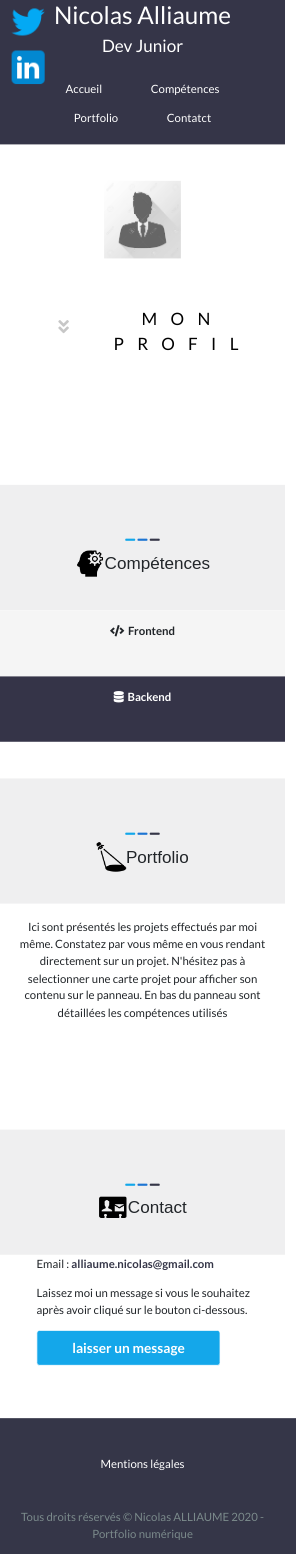
Repository: Nicolas-al/alliaumen
Page: templates/main/index.html.twig
These files come from the project's save history. The page is drawn as it stood at one moment and after the next save; the edit follows.
The browser window is 375 px wide. The page is 390 px wide, so the pictures cover 390 px, including what lies to the right of the window. The pictures show the whole page, at 76% of full size.
Some web fonts or font styles are not loaded; a fallback is used. Some web libraries are served in a nearby version. The page is a Twig template of a Symfony application; nobody is signed in and links lead nowhere. Other server files are loaded and not shown. The template is opened directly, without the code that normally fills it, so the values that code supplies are empty.

Above is the page before, as saved 2020-09-15 16:01:23.

### templates/main/index.html.twig
{% extends 'base.html.twig' %}


{% block body %}
    <div class="wrapper">
        <nav id="sidebar">
        {% include 'main/aside.html.twig' %}
        </nav>
        <div class="content">

            <div class="col-lg-12 mt-5" id="header">
                    <div class="row">
                        <div class="col-lg-3 col-sm-3 offset-md-1" id="block_photo">
                            <img src="{{ asset('images/29273464-photo-de-profil-avatar.jpg') }}" alt="image de profil" style="width : inherit">
                        </div>
                        <div class="col-lg-8 col-sm-8" id="block_profil">
                            <div class="text-center d-flex" id="profil">
                                <div class="block-down">
                                    <i class="fas fa-angle-double-down double-down"></i>
                                </div>
                                <div class="from-center">Mon profil</div>
                            </div>
                            <ul class="list-group list-group-flush" id="profil_panel">
                                <li class="list-group-item">Diplôme : Master Sociologie Rennes 2</li>
                                <li class="list-group-item list-group-item-secondary">Age : 29</li>
                                <li class="list-group-item">Formation Web : Openclassroom</li>
                                <li class="list-group-item list-group-item-secondary">Intitulé : Developpeur Web Junior</li>
                                <li class="list-group-item">Parcours : Virage à 180, non pas par dégoût bien au contraire, j'ai acquis des connaisances importantes. J'ai découvert ce domaine et voyez la suite de ce site par vous même. </li>
                            </ul>
                        </div>
                    </div>
            </div>
            <div id="block_competences">
                    <div class="block_title">
                        <div class="title_elmt">
                            <div class="minus_block">
                                <i class="fas fa-minus minus_one"></i>
                                <i class="fas fa-minus minus_two"></i>
                                <i class="fas fa-minus minus_three"></i>
                            </div>
                            <div class="title">
                                <img src="{{ asset('images/icons/icon-skills.png') }}" alt="icon d'une tête d'humain" class="" />
                                <h4>Compétences</h4>
                            </div>
                        </div>
                    </div>

                    <div id="skills">
                        <div class="h-50" id="front">
                            <div class="skills col-lg-12">
                                <div class="row h-100">
                                    <div class="col-lg-12 d-flex mt-2 justify-content-center skills-title">
                                        <i class="fas fa-code"></i>
                                        <p class="align-title"><strong>Frontend</strong></p>
                                    </div>
                                    <div class="col-lg-12 mt-2" id="text_black">
                                        <div class="row text-center">
                                        {% for skill in skills %}
                                            {% if skill.type == "Frontend" %}
                                                <div class="col-lg-4 col-sm-4 logo-skills">
                                                {% if skill.logo %}
                                                    <img src="{{ vich_uploader_asset( skill, 'logoFile') | imagine_filter('small_thumb')}}" alt="">
                                                {% endif %}
                                                    <p> {{ skill.name }} </p>
                                                </div>
                                            {% endif %}
                                        {% endfor %}
                                        </div>
                                    </div>
                                </div>
                            </div>
                        </div>
                        <div class="h-50" id="back">
                            <div class="skills col-lg-12">
                                <div class="row h-100">
                                    <div class="col-lg-12 d-flex justify-content-center mt-2 skills-title">
                                        <i class="fas fa-database text-white"></i>
                                        <p class="align-title text-white"><strong>Backend</strong></p>
                                    </div>
                                    <div class="col-lg-12 mt-2 text-white" id="text_white">
                                        <div class="row text-center">
                                            {% for skill in skills %}
                                                {% if skill.type == "Backend" %}
                                                    <div class="col-lg-4 col-sm-4 logo-skills" >
                                                    {% if skill.logo %}
                                                        <img src="{{ vich_uploader_asset( skill, 'logoFile') | imagine_filter('small_thumb')}}" alt="">
                                                    {% endif %}
                                                        <p> {{ skill.name }} </p>
                                                    </div>
                                                {% endif %}
                                            {% endfor %}
                                        </div>
                                    </div>
                                </div>
                            </div>
                        </div>
                    </div>
            </div>
            <div class="mt-5" id="block_portfolio">

                <div class="col-lg-12 block_title mb-3">
                    <div class="title_elmt">
                        <div class="minus_block">
                            <i class="fas fa-minus minus_one"></i>
                            <i class="fas fa-minus minus_two"></i>
                            <i class="fas fa-minus minus_three"></i>
                        </div>
                        <div class="title">
                            <img src="{{ asset('images/icons/icon-portfolio.png') }}" alt="lampe qui éclair" class="" />
                            <h4>Portfolio</h4>
                        </div>
                    </div>
                </div>
                <div class="offset-lg-1 col-lg-10 offset-sm-1 col-sm-10" id="para_portfolio">
                    <p> Ici sont présentés les projets effectués par moi même. Constatez par vous même en vous rendant directement sur un projet. N'hésitez pas à selectionner une carte projet pour afficher son contenu sur le panneau. En bas du panneau sont détaillées les compétences utilisés</p>
                </div>
                <div class="d-flex m-auto block_slides">

                    {% for project in portfolio %}

                    <div class="panel_project">
                        <div class="description_project">
                            <div class="">
                                <div class="col-lg-12">
                                    <h4>{{ project.title }}</h4>
                                </div>
                                <div class="col-lg-12">
                                    <p> {{ project.description }}</p>
                                </div>
                            </div>
                        </div>
                        <div class="project">
                            <img src="{{ vich_uploader_asset(project, 'imageFile') | imagine_filter('slider_thumb')}}" alt="image projet">
                        </div>
                        <div class="skills_project">
                            <div class="row">
                                <div class="col-lg-12">
                                    <p> <span>Compétences utilisées :</span> {{ project.skills }}</p>
                                </div>
                            </div>
                        </div>
                        <div class="project_link">
                                <a href="{{ path('portfolio', {'id' : project.id})  }}" class="text-white"> voir la page projet </a>
                        </div>
                    </div>

                    {% endfor %}
                </div>

                <div class="col-lg-12" id="block_project_card">
                    <div class="row" id="projects_cards">

                        {% for project in portfolio %}

                        <div class="project_card">
                            <div class="project_content">
                                <h6> {{ project.title }} </h6>
                                <img src="{{ vich_uploader_asset( project, 'imageFile') | imagine_filter('medium_thumb')}}" alt="">
                                <p> {{ project.description }} </p>
                                <p> {{ project.skills }} </p>
                            </div>
                        </div>

                        {% endfor %}

                    </div>
                </div>
            </div>
            <div id="block_contact">
                <div class="col-lg-12 block_title">
                    <div class="title_elmt">
                        <div class="minus_block">
                            <i class="fas fa-minus minus_one"></i>
                            <i class="fas fa-minus minus_two"></i>
                            <i class="fas fa-minus minus_three"></i>
                        </div>
                        <div class="title">
                            <img src="{{ asset('images/icons/icon-contact-de-messagerie.png') }}" alt="icon d'une tête d'humain" class="" />
                            <h4>Contact</h4>
                        </div>
                    </div>
                </div>
                <div class="col-lg-12 pl-5">

                    <address>
                        <p class="d-inline"> Email : </p>
                        <a href="mailto:alliaume.nicolas@gmail.com">alliaume.nicolas@gmail.com</a><br>
                    </address>
                </div>
                <p class="col-lg-12 pl-5">
                    Laissez moi un message si vous le souhaitez après avoir cliqué sur le bouton ci-dessous.
                </p>
                <div class="col-lg-12 pl-5">
                    <button class="button" id="form_button">
                        <a href="#contact_form" id="form_link" class="font-weight-bold text-white">
                        laisser un message</a>
                    </button>
                </div>
            </div>
            {% include 'contact/index.html.twig' %}
            {% include 'main/footer.html.twig' %}
            </div>
        </div>
    </div>
{% endblock %}


{% block footer %}

{% endblock %}

### templates/base.html.twig
<!DOCTYPE html>
<html>
    <head>
        <lang="fr">
        <meta charset="UTF-8">
        <meta name="viewport" content="width=device-width, initial-scale=1">

        <title>{% block title %}Projet5!{% endblock %}</title>
        {% block stylesheets %}
        <link type="text/css" rel="stylesheet" href="{{ asset('/css/style.css') }}" />
        <link type="text/css" rel="stylesheet" href="{{ asset('/css/project.css') }}" />
        <link rel="stylesheet" href="https://bootswatch.com/4/flatly/bootstrap.min.css">
        <link rel="stylesheet" href="https://cdnjs.cloudflare.com/ajax/libs/font-awesome/5.9.0/css/all.css">
        <link href="https://fonts.googleapis.com/css2?family=Oswald&family=Philosopher&family=Roboto&family=Crete+Round&family=Dosis:wght@600&family=Merienda:wght@700&display=swap" rel="stylesheet">
        <script src="https://code.jquery.com/jquery-3.5.1.min.js" integrity="sha256-9/aliU8dGd2tb6OSsuzixeV4y/faTqgFtohetphbbj0=" crossorigin="anonymous"></script>
        <script src="{{ asset('js/accueil/profil.js') }}"></script>
        <script src="{{ asset('js/accueil/skills.js') }}"></script>
        <script src="{{ asset('js/accueil/slider.js') }}"></script>
        <script src="{{ asset('js/accueil/contact.js') }}"></script>

        {% endblock %}
    </head>
    <body>

            {# {% block aside %}{% endblock %} #}
            {% block body %}{% endblock %}
            {% block javascripts %}{% endblock %}
            <footer>
            {% block footer %}{% endblock %}
            </footer>
            <script src="{{ asset('js/portfolio/deleteCom.js') }}"></script>
            <script src="{{ asset('js/portfolio/banIp.js') }}"></script>
    </body>
</html>

### templates/main/aside.html.twig

    {% block sidebar %}
            <div class="sidebar-header">
                <h3 class="text-center">Nicolas Alliaume</h3>
                <h4 class="text-center">Dev Junior</h4>
            </div>
            <div class="navbar navbar-expand text-center">
                <ul class="nav" style="width: -webkit-fill-available">
                    <li class="nav-item active"><a href="/#" class="nav-link text-white">Accueil</a></li>
                    <li class="nav-item"><a href="/#block_competences" class="nav-link text-white">Compétences</a></li>
                    <li class="nav-item"><a href="/#block_portfolio" class="nav-link text-white">Portfolio</a></li>
                    <li class="nav-item"><a href="/#block_contact" class="nav-link text-white">Contatct</a></li>
                </ul>
            </div>
            <div class="block_network">
                <h6>RESEAUX SOCIAUX</h6>
                <div class="d-flex justify-content-center">
                    <img class="" src="{{ asset('images/icons/icon-twitter.png') }}" alt="icon de twitter">
                    <img src="{{ asset('images/icons/icon-linkedin.png') }}" alt="icon de linkedin">
                </div>
            </div>
    {% endblock %}

### templates/contact/index.html.twig

<div class="modal_contact">
    <div class="row" id="contact_form">
        <div class="col-lg-4 offset-lg-4 text-center">
            <h1>
            Contact
            </h1>
        </div>
    </div>
    <div class="container">
        <div class="row">
            <div class="col-lg-6 mx-auto" id="contact_block">
                    <div class="form-group">
                        <label for="name">Nom</label>
                        <input type="text" class="form-control" name="name" id="name">
                        <small id="emailHelp" class="form-text text-muted"></small>
                    </div>
                    <div class="form-group">
                        <label for="firstname">Prénom</label>
                        <input type="text" class="form-control" id="firstname">
                    </div>
                    <div class="form-group">
                        <label for="mail">Email</label>
                        <input type="mail" class="form-control" id="mail">
                    </div>
                    <div class="form-group">
                        <label for="message">Message</label>
                        <textarea type="textarea" class="form-control" rows="10" id="message"></textarea>
                    </div>

                    <a class="button font-weight-bold text-white" id="button_form" href="#contact_form">Envoyer</a>
                    <p id="errors_form"></p>
            </div>
        </div>
    </div>
</div>

### templates/main/footer.html.twig
  {% block footer %}
                <footer class="row">
                    <div class="col-lg-12 mb-5 mt-5 text-center">
                        <a href="{{ path("mentions") }}" class="text-white">Mentions légales</a>
                    </div>
                    <div class="col-lg-12 text-dark copyright">
                            <p class="text-center">Tous droits réservés © Nicolas ALLIAUME 2020 - Portfolio numérique</p>

                    </div>
                </footer>
{% endblock %}

### public/css/style.css
body{
    overflow-x: hidden;
}

.wrapper {
    display: flex;
    width: 100%;
    align-items: stretch;
}

#sidebar{
    background : #353548;
    max-width: 200px;
    min-width: 200px;
}
#header{
    height: 400px;
}
#block_competences{
    height: 500px;
    margin-left: 0;
    margin-right: 0;
}
#block_portfolio{
    height: 1400px;
}
#block_contact{
    margin-top: 20px;
    height: 380px;
}
footer{
    background: #353648
}
.button{
    background: #14a7ea;
    border: 1px solid white;
    padding: 9px 46px;
    border-radius: 4px;
}
.button a{
    font-size: 1.2em;
}
.button a:hover{
    text-decoration: none;
}

/* sections block titre */

.block_title{
    height: 165px;
    background: #35334814;
    width: 100%;
}
.title_elmt{
    display: flex;
    flex-direction: column;
}
.minus_block{
    text-align: center;
    margin-top: 61px;
}
.minus_one{
    color: #11a7ea
}
.minus_two{
    color: #1d75d2;
}
.minus_three{
    color: #353648;
}
.title{
    display: flex;
    margin-left: -15px;
    margin-right: -15px;
}
.title h4{
    font-family: 'Philosopher', sans-serif;
    margin-right: auto;
    margin-top: auto;
    margin-bottom: auto;
}
.title img{
    height: 39px;
    margin-top: auto;
    margin-left: auto;
    margin-bottom: auto;
}

/*------------------------------------- ASIDE -------------------------------------*/

#aside h3{
    font-family: 'Oswald', sans-serif;
}
.sidebar-header{
    color: white;
}
#sidebar ul{
    justify-content: center;
}
.block_nav{
    position: fixed;
    top: 27%;
    width: 15.7%
}

.block_nav ul{
    display: flex;
    flex-direction: column;
    margin: auto;
    justify-content: end;
}
.block_nav a{
    font-family: 'Catamaran', sans-serif;
    padding-left: 20px
}

.block_network{
    position: fixed;
    top: 84%;
    text-align: center;
    width: 15.7%;
}
h6{
    color: white;
}
/*----------------------------------- HEADER -----------------------------------*/

.header_p{
    font-family: 'Merienda', cursive;
    font-size: 1.3em;
    color: #212529e8;
    width: 93%;
    box-shadow: 0px 0px 7px;
    text-align: center;
}

#block_photo{
    max-width: 35%;
    margin: auto;
    padding-bottom: 40px;
}

/* Mon profil */

#block_profil{
    height: fit-content;
}

#profil{
    justify-content: center;
    align-items: center;
}
.block-down{
    margin-right: 5%;
}
.from-center{
    margin-left: 45px;
}
/* Animation double Flèches vers le bas */

@keyframes down{
	0% {transform: translateY(0%) ; opacity: 0.5}
	25% {transform: translateY(-30%); opacity: 0.2}
    75% {transform: translateY(30%); opacity: 1}
    100% {transform: translateY(0%); opacity: 0.5}
}
.double-down{
	animation: down 1.2s infinite;
	width: 3%;
}

/* ~~~~~~~ INIT. BTN ~~~~~~~ */

#profil{
    position: relative;
    padding: 1.4rem 4.2rem;
    padding-right: 3.1rem;
    font-size: 1.4rem;
    color: black;
    letter-spacing: 1.1rem;
    text-transform: uppercase;
    transition: all 500ms cubic-bezier(0.77, 0, 0.175, 1);
    cursor: pointer;
    user-select: none;
}

#profil:before, #profil:after {
    content: '';
    position: absolute;
    transition: inherit;
    z-index: -1;
    box-sizing: border-box;
}

#profil:hover {
    color: white;
    transition-delay: .5s;
}

#profil:hover:before {
    transition-delay: 0s;
}

#profil:hover:after {
    background: #353648;
    transition-delay: .35s;
}


#profil:before {
    top: 0;
    left: 50%;
    height: 100%;
    width: 0;
    border: 1px solid #353648;
    border-left: 0;
    border-right: 0;
}

#profil:after {
    bottom: 0;
    left: 0;
    height: 0;
    width: 100%;
    background: #353648;
}

#profil:hover:before {
    left: 0;
    width: 100%;
}

#profil:hover:after {
    top: 0;
    height: 100%;
}

#profil_panel{
    display: none;
}


/* ------------------------------------BLOCK COMPETENCES--------------------------------------*/
#skills{
    display: flex;
    width: 100%;
}
.skills{
    margin-bottom: -200px;
}
.skills-title{
    align-items: center;
}
.skills-title i{
    margin: inherit;
}
.logo-skills p{
    width: fit-content;
    margin: auto;
}
.logo-skills:hover{
   font-size: 20px;
   transition: 1s;
   font-weight: bold;
}
#skills img{
    width: 48px;
}
#skills img:hover{
    width: 65px;
    transition: 0.5s;
}
.align-title{
    margin: inherit;
    margin-left: 5px;
}

#front{
    width: 53%;
    border-bottom: 300px solid whitesmoke;
}
#back{
    width: 59%;
    border-bottom: 300px solid #353448;
    border-left: 43px solid #f5f5f5fc;
}

/* -------------------------------------------BLOCK PORTFOLIO----------------------------------------- */

#para_portfolio{
    height: 100px;
    padding: 0px 20px;
    text-align: center;
}

/* -------Slider------- */
.block_slides{
    height: 40%;
}
#block_portfolio h4{
    text-align: center;
    font-family: 'Philosopher', sans-serif;
}
.panel_project{
    width: 92%;
    margin: auto;
    display: none;
    box-shadow: 0px 0px 27px #353448;
    border-radius : 5px;
}


.description_project{
    border-bottom: 5px solid #f39c12c9;
    background: white;
    padding: 10px;
    border-top-left-radius: 5px;
    border-top-right-radius: 5px;
}
.description_project h4{
    font-weight: 700;
}
.description_project p{
    font-size: 1.1em;
}
.project img{
    width: 100%;
}
.project_link{
    border: 2px solid white;
    text-align: center;
    padding: 16px 15px;
    margin-top: -1%;
    background: #1e74d2;
}
.project_link:hover{
    background: #100f19;
}
.project_link a:hover{
    text-decoration: none;
}
.skills_project{
    border-top: 5px solid #f39c12c9;
}
.skills_project p{
    padding-right: 2%;
    padding-left: 2%;
    padding : 10px;
}
.skills_project span{
    font-weight: bold;
}
/* Cards projects */

#block_project_card{
    margin-top: 23%;
}
#projects_cards{
    text-align: center;
    justify-content: center;
    margin-left: 5%;
}
.project_card{
    color: white;
    margin-left: -10%;
    border: 1px solid;
    box-shadow: 0px 0px 3px;
    border-right: 2px solid;
    border-radius: 11px;
    max-width: 22%;
    background: #353348;
    cursor: pointer;
}
.project{
    opacity: 0.8;
}
.project h4{
    color: white;
}
.project p{
    color: white;
}
.project_content p{
    padding: 3% 9% 0% 9%;
    margin-bottom: 0;
    text-align: justify;
    font-size: 0.8em;
}
.project_content p:last-child{
    margin-bottom: 3%;
}
.project_content h4{
    padding: 3%;
}
.project_content img{
    width: 99%;
}
/*------------------------------------------- BLOCK CONTACT ---------------------------------------- */

#block_contact address a{
    font-weight: bold;
    color: #353648;
}

.modal_contact{
    display: none;
    background: white;
    width: inherit;
    z-index: 100;
    top: 0px;
    height: 100%;
    position: absolute;
    margin-left: -15px;
}

#errors_form{
    color: red;
    font-size: 1em;
    display: none;
}

/*-------------------------- MENTIONS LEGALES ------------------------*/

#mentions_body a{
    color: #0087d1;
}

/*---------------------------- FOOTER ---------------------------------*/

.copyright{

}

/*================================================ RESPONSIVE ======================================================== */
/*================================================            ======================================================== */

@media screen and (min-width: 1250px){
    #block_project_card {
        margin-top: 29%;
    }
    #block_contact {
        margin-top: 12%;
    }
}

@media screen and (max-width: 991px){
    .wrapper{
        display: block;
    }
    #sidebar{
        min-width: 100%;
        max-width: 100%;
    }
    .block_nav{
        position: inherit;
        display: contents
    }
    .block_nav ul{
        display: flex;
        flex-direction: inherit;
        justify-content: center;
    }
    .block_network{
        position: absolute;
        top: 0%;
        left: 1%;
    }
    .block_network h6{
        display: none;
    }
    #mentions_body{
    margin-left: 2%;
    }

    #block_competences{
        height: auto;
    }

    #skills{
        height: fit-content;
        flex-direction: column;
        display: flex !important;
    }
    .skills{
        margin-bottom: 0;
    }
    #front{
        width: auto;
        border-bottom: none;
        background-color: #f5f5f5;
    }
    #text_black{
        padding: 20px 30px
    }
    #back{
        width: auto;
        border-bottom: none;
        border-left: none;
        background-color: #353448;
    }
    #text_white{
        padding: 20px 30px
    }
    .logo-skills{
        width: 20% !important;
    }
    #block_portfolio{
        height: auto;
    }
    #para_portfolio{
        margin-top: 5%;
        margin-bottom: 12%;
    }
    #block_project_card {
        margin-top: 20%;
    }
    .project_card {
        max-width: 26%;
        height: 259px;
    }
}

@media screen and (max-width: 702px){
    .projects_cards{
        margin-left: 5%;
    }
    .project_content p {
        font-size: 0.7em;
    }
    .project_card {
        max-width: 29%;
        height: 241px;
    }

}
    @media screen and (max-width: 500px){
    .project_card {
        max-width: 32%;
        height: 243px;
        }
    .block_slides{
        margin: 0% 0% 0% 2% !important;
    }
    .project_link{
        margin-left: 35%;
    }
    #block_project_card {
        margin-top: 30%;
        padding-left: 7%;
    }
    .block_network{
        top: 0%;
        left: 2%;
    }
    .block_network div{
        flex-direction: column;
    }
    .bloc_network img{
        height: 36px;
        width: 36px;
    }
    h6{
        display: none;
    }
    #contact_block{
        width: 80%;
    }
}

### public/css/project.css
/* ------------ Project Page -------------- */

h1{
    text-align: center;
    margin: 4%;
}
.project_page p{
    font-size: 1.1em;
    margin: 4% 0%;
    text-align: center;
}
.content{
    width: 100%;
}
figure{
    text-align: center;
}
figure img{
    box-shadow: 2px 2px 13px;
    width: 100%;
}
figure .btn{
    background: #353648;
    margin-top: 20px;
}
figure a{
    color: white;
}
figcaption{
    margin-top: 10px;
}
#comment_block{
    margin-bottom: 30px;
}
#comments{
    margin-bottom: 9%;
    margin-top: 4%;
}
#comments .comment{
    margin-bottom: 30px;
    border: 1px gainsboro;
    box-shadow: 1px 1px 5px;
}
#author_comment{
background-color: #353648;
color :white
}
#content_comment{
background-color: #ffffff;
padding: 9px 10px;
}

### public/js/portfolio/banIp.js
function banIp(commentId, portfolioId){

    console.log(portfolioId);
        $.ajax({
            url: '/modo/' + portfolioId + '/?action=ban&commentId=' + commentId,
            type: 'GET',
            dataType: 'html',
            success: function (code_html, statut) { // success est toujours en place, bien sûr !
                let balise = '#' + commentId;
                $(balise).css({
                    'display': 'none'
                });
                console.log(balise);
            },
        })

}

Loaded but not shown: public/js/accueil/contact.js (47 lines, source omitted); public/js/accueil/slider.js (51 lines, source omitted); public/js/accueil/profil.js (27 lines, source omitted); public/js/portfolio/deleteCom.js (19 lines, source omitted)

After the next save:
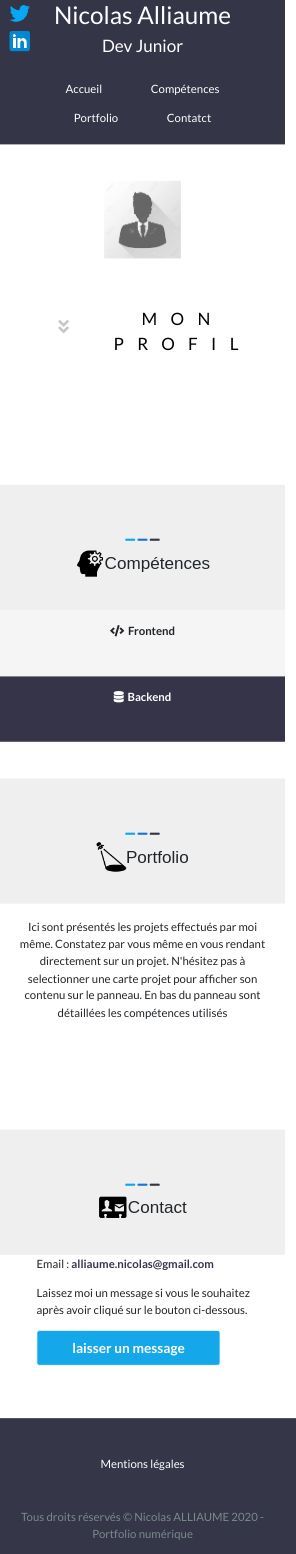
Saved 21 s later.
--- a/public/css/style.css
+++ b/public/css/style.css
@@ -555,7 +555,7 @@ h6{
     .block_network div{
         flex-direction: column;
     }
-    .bloc_network img{
+    .block_network img{
         height: 36px;
         width: 36px;
     }
